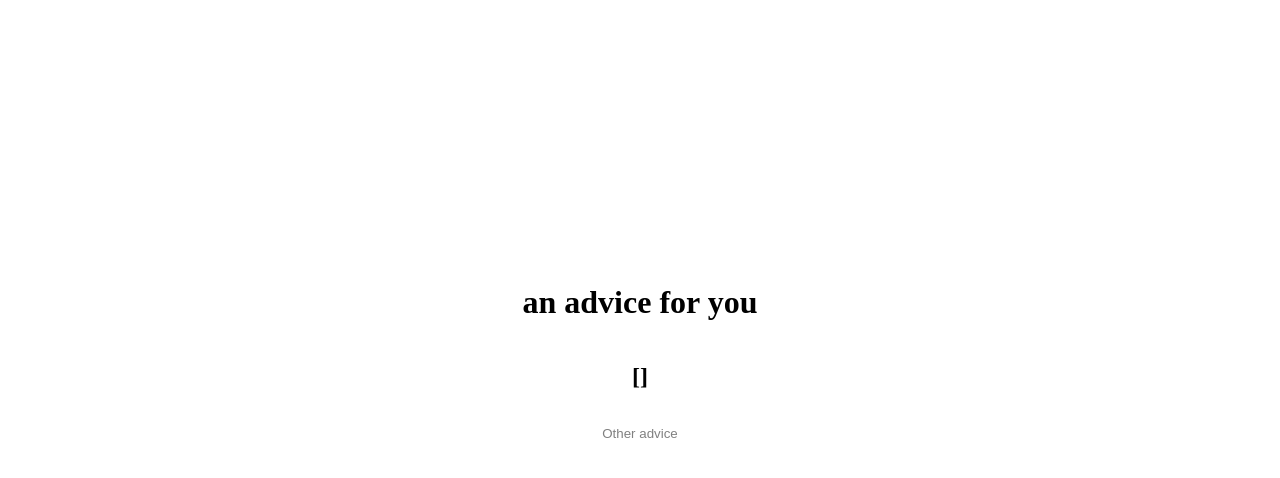
Repository: Fernandamendonc/Advice
Page: /
The author's editor kept a copy of each file at every save. The page is drawn from the files as they stood at one save, then again after the next save.
The browser window is 1280 px wide. The pictures show the whole page.
The page's requests for data from a server got no answer. The project was rebuilt for these pictures with package versions that can differ from the ones it lists, and the page was loaded fresh each time. The framework's server and built-in components were replaced by stand-ins that run in the browser. No one was signed in, and anything a server would have sent is missing. Also part of the build but not shown: next.config.js.

Above is the page before, as saved 2022-08-16 20:52:58.

After the next save:
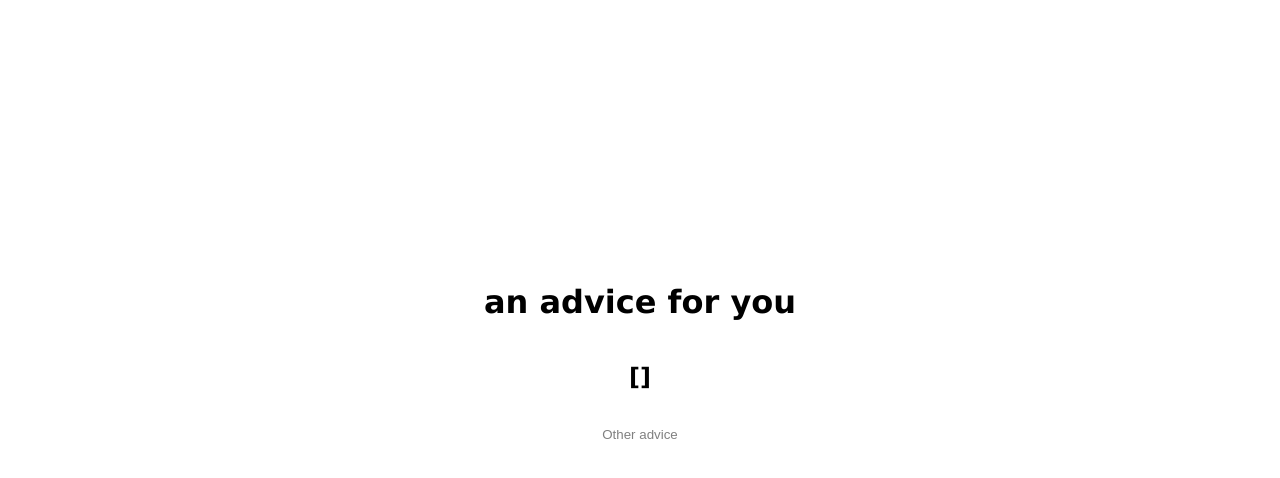
Saved 5 s later.
--- a/src/components/button/styles.ts
+++ b/src/components/button/styles.ts
@@ -11,7 +11,7 @@ export const Container = styled.div`
   left: 50%;
   transform: translate(-50%, -50%);
 
-  font-family: ;
+  font-family: 'Lucida Sans', 'Lucida Sans Regular', 'Lucida Grande', 'Lucida Sans Unicode', Geneva, Verdana, sans-serif;
 
   button{
     padding: 1rem 5rem;
